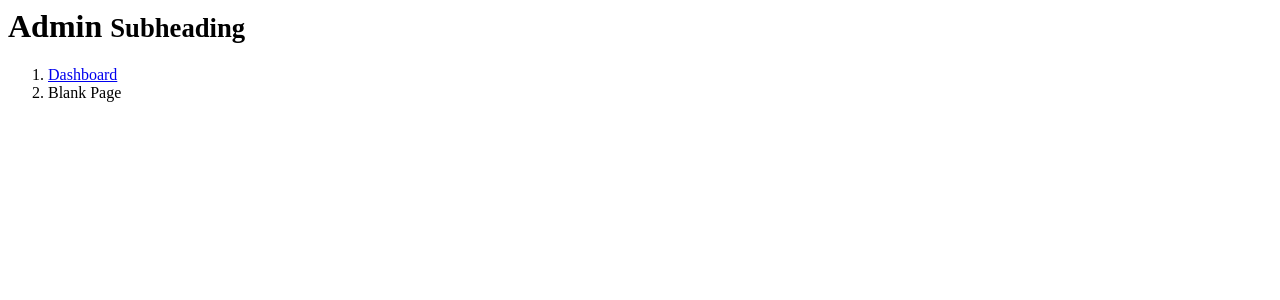
Repository: Dennis-star1001/PHP_OOP
Page: http://localhost/admin/includes/admin_content.php
These files come from the project's save history. The page is drawn as it stood at one moment and after the next save; the edit follows.
The browser window is 1280 px wide. The pictures show the whole page.
The page is run by PHP 8.4 with error messages shown; the project is at /var/www/html/.

Above is the page before, as saved 2022-07-14 01:16:04.

### admin/includes/admin_content.php
 <div class="container-fluid">

     <!-- Page Heading -->
     <div class="row">
         <div class="col-lg-12">
             <h1 class="page-header">
                 Admin
                 <small>Subheading</small>
             </h1>

             <?php
            $sql = "SELECT * FROM users WHERE id=1";
             ?>
             <ol class="breadcrumb">
                 <li>
                     <i class="fa fa-dashboard"></i> <a href="index.html">Dashboard</a>
                 </li>
                 <li class="active">
                     <i class="fa fa-file"></i> Blank Page
                 </li>
             </ol>
         </div>
     </div>
     <!-- /.row -->

 </div>

After the next save:
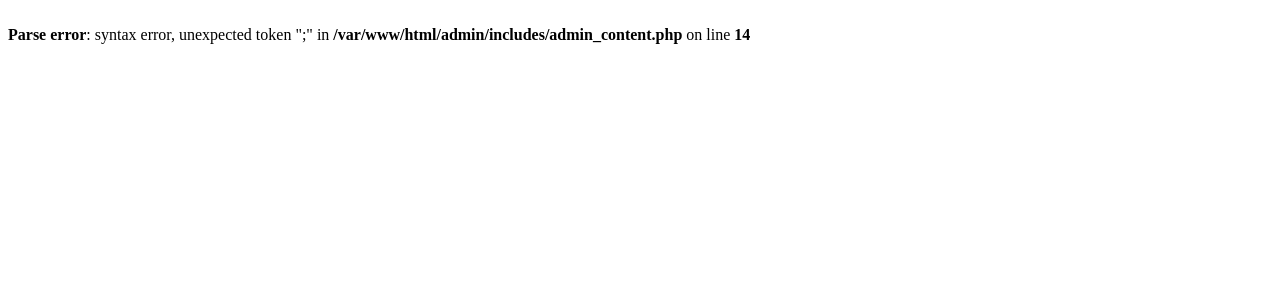
Saved 57 s later.
--- a/admin/includes/admin_content.php
+++ b/admin/includes/admin_content.php
@@ -10,6 +10,7 @@
 
              <?php
             $sql = "SELECT * FROM users WHERE id=1";
+            $result =
              ?>
              <ol class="breadcrumb">
                  <li>
